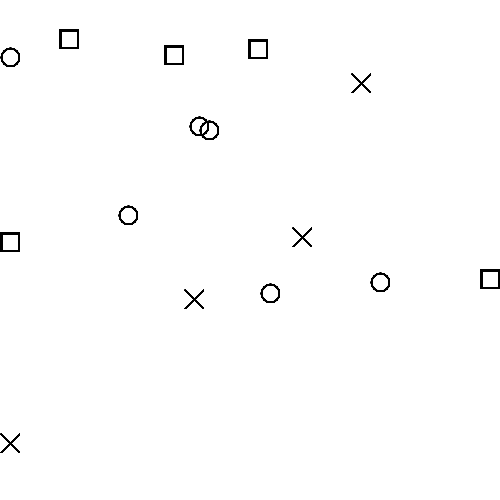
Repository: benceluzsinszky/rock-paper-scissors-simulation-pygame
Script's output: python main.py
The author's editor kept a copy of each file at every save. The script's output is drawn from the files as they stood at one save, then again after the next save.
The window is shown after at most 60 frames with no key pressed. Random numbers start from a fixed seed. It also reads sprites/paper.png, sprites/rock.png, sprites/scissors.png.

Above is the script's output before, as saved 2023-04-24 20:25:54.

After the next save:
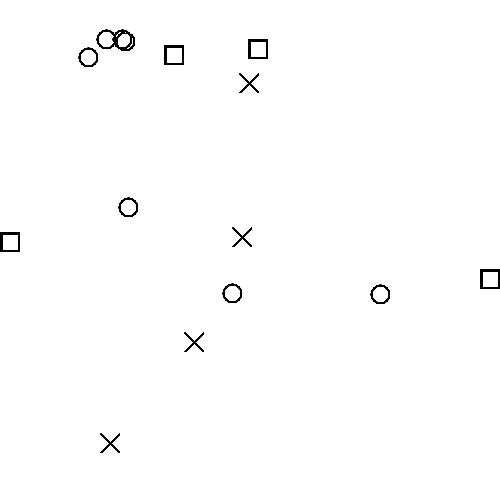
Saved 4 s later.
--- a/main.py
+++ b/main.py
@@ -39,7 +39,7 @@ class Game():
         while True:
             self.check_events()
             self.move_sprites(self.rocks, self.scissors, self.papers)
-            self.move_sprites(self.scissors, self.scissors, self.papers)
+            self.move_sprites(self.scissors, self.papers, self.papers)
             self.move_sprites(self.papers, self.rocks, self.scissors)
             self.check_collisions()
             self.update_screen()
